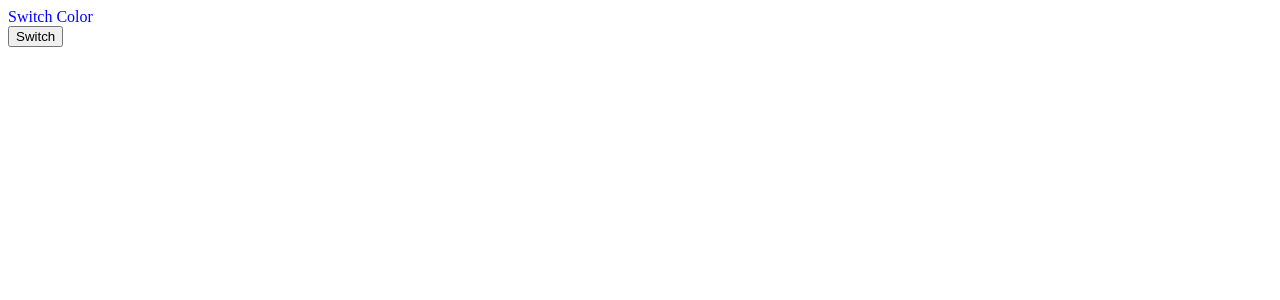
Repository: rvlyra/js-error-pattern
Page: index.html
The author's editor kept a copy of each file at every save. The page is drawn from the files as they stood at one save, then again after the next save.
The browser window is 1280 px wide. The pictures show the whole page.
After loading, the first visible `button` was clicked once.

Above is the page before, as saved 2022-06-12 14:19:24.

### index.html
<!DOCTYPE html>
<html lang="en">
<head>
    <meta charset="UTF-8">
    <meta http-equiv="X-UA-Compatible" content="IE=edge">
    <meta name="viewport" content="width=device-width, initial-scale=1.0">
    <title>Erros Comuns em Javascript</title>



</head>
<body>

    <div id="h1">Switch Color</div>
    <button onClick="swt()">Switch</button>
    <script src="main.js"></script>


</body>
</html>

### main.js
// Javascript Error Test | The correction of a few errors

font1 = document.getElementById('h1');

function swt(){
  if(font1 == 'blue'){
    font1.style.color = '#4d4d4d';
  }
  else {
    font1.style.color = 'blue';
  }
}

After the next save:
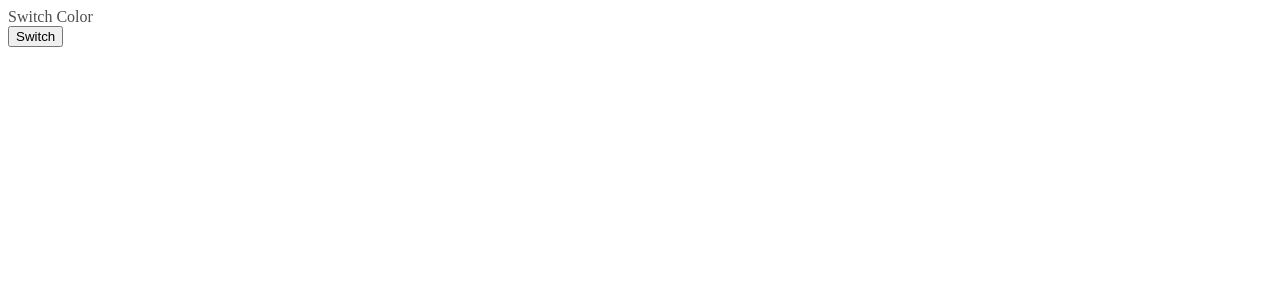
Saved 82 s later.
--- a/main.js
+++ b/main.js
@@ -1,12 +1,6 @@
 // Javascript Error Test | The correction of a few errors
+function swt(){
 
-font1 = document.getElementById('h1');
+  document.getElementById('h1').style.color = '#4d4d4d';
 
-function swt(){
-  if(font1 == 'blue'){
-    font1.style.color = '#4d4d4d';
-  }
-  else {
-    font1.style.color = 'blue';
-  }
 }

After the save that followed:
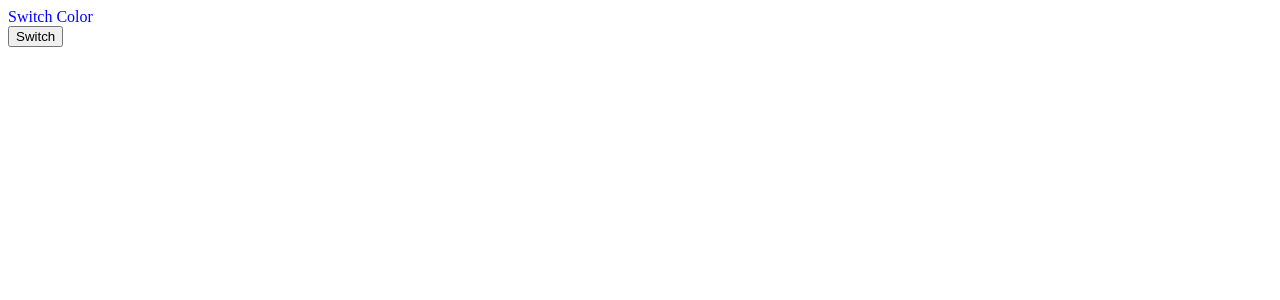
Saved 46 s later.
--- a/main.js
+++ b/main.js
@@ -1,6 +1,6 @@
 // Javascript Error Test | The correction of a few errors
 function swt(){
 
-  document.getElementById('h1').style.color = '#4d4d4d';
+  document.getElementById('h1').style.color = 'blue';
 
 }
